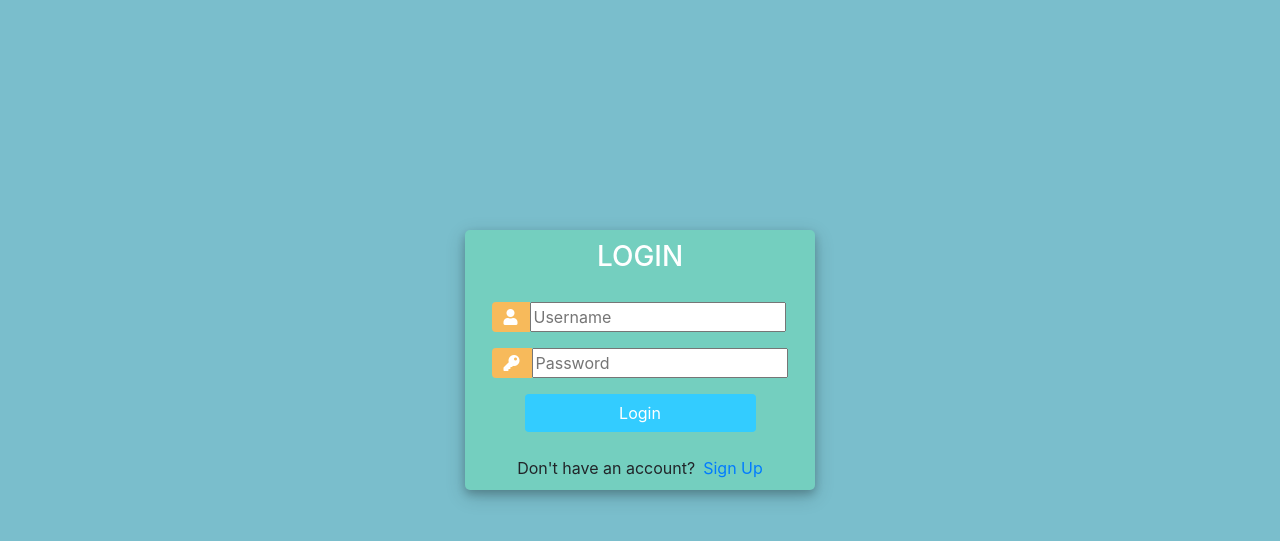
Repository: rohollah-naghipour/Login-form
Page: http://localhost/login/
These files come from the project's save history. The page is drawn as it stood at one moment and after the next save; the edit follows.
The browser window is 1280 px wide. The pictures show the whole page.
Some web libraries are served in a nearby version. The page is served by the project's application, run on Django 5.2 (manage.py).

Above is the page before, as saved 2024-12-07 13:57:20.

After the next save:
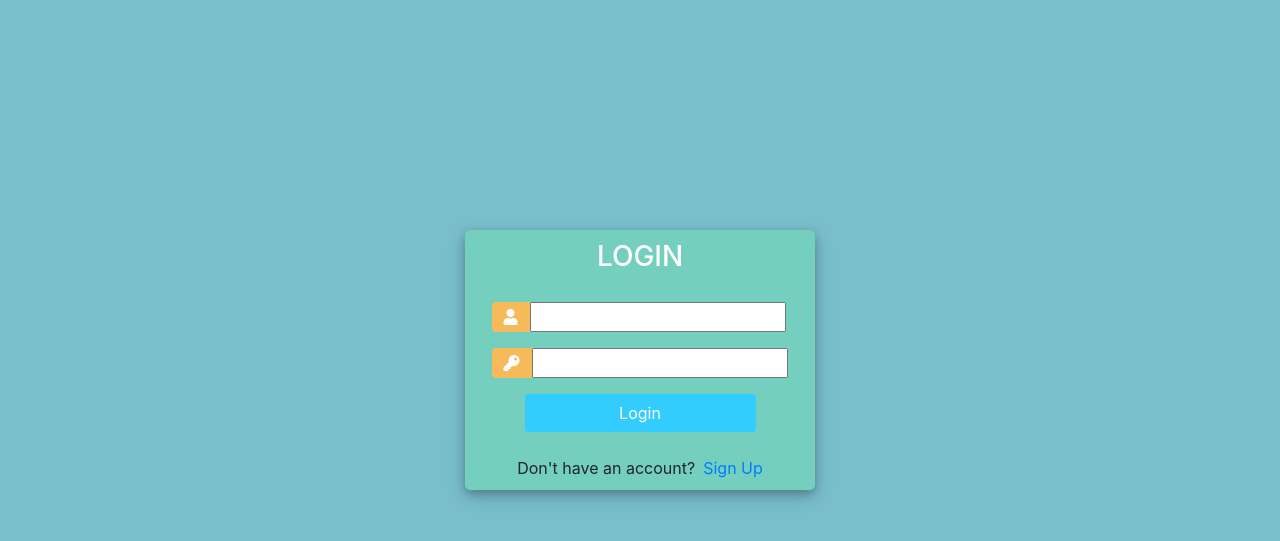
Saved 4 min 36 s later.
--- a/users/templates/login.html
+++ b/users/templates/login.html
@@ -93,13 +93,13 @@
 							<div class="input-group-append">
 								<span class="input-group-text"><i class="fas fa-user"></i></span>
 							</div>
-							<input class="login-input" type="text" id="username" name="username" placeholder="Username" required>
+							<input class="login-input" type="text" required>
 						</div>
 						<div class="input-group mb-2">
 							<div class="input-group-append">
 								<span class="input-group-text"><i class="fas fa-key"></i></span>
 							</div>
-							<input class="login-input" type="password" id="password" name="password" placeholder="Password" required>
+							<input class="login-input" type="password" required>
 						</div>
 							<div class="d-flex justify-content-center mt-3 login_container">
 				 				<input class="btn login_btn" type="submit" value="Login">

After the save that followed:
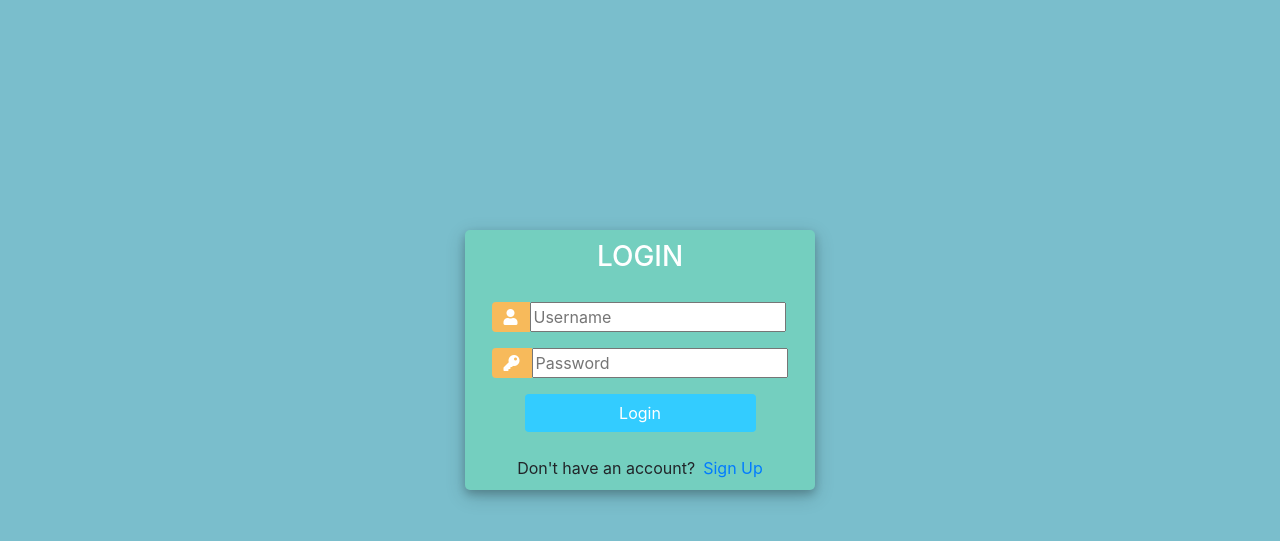
Saved 2 min 38 s later.
--- a/users/templates/login.html
+++ b/users/templates/login.html
@@ -93,13 +93,13 @@
 							<div class="input-group-append">
 								<span class="input-group-text"><i class="fas fa-user"></i></span>
 							</div>
-							<input class="login-input" type="text" required>
+							<input type = "text" id = "username" placeholder = "Username">
 						</div>
 						<div class="input-group mb-2">
 							<div class="input-group-append">
 								<span class="input-group-text"><i class="fas fa-key"></i></span>
 							</div>
-							<input class="login-input" type="password" required>
+							<input type = "password" name = "password" id = "password" placeholder = "Password">
 						</div>
 							<div class="d-flex justify-content-center mt-3 login_container">
 				 				<input class="btn login_btn" type="submit" value="Login">
